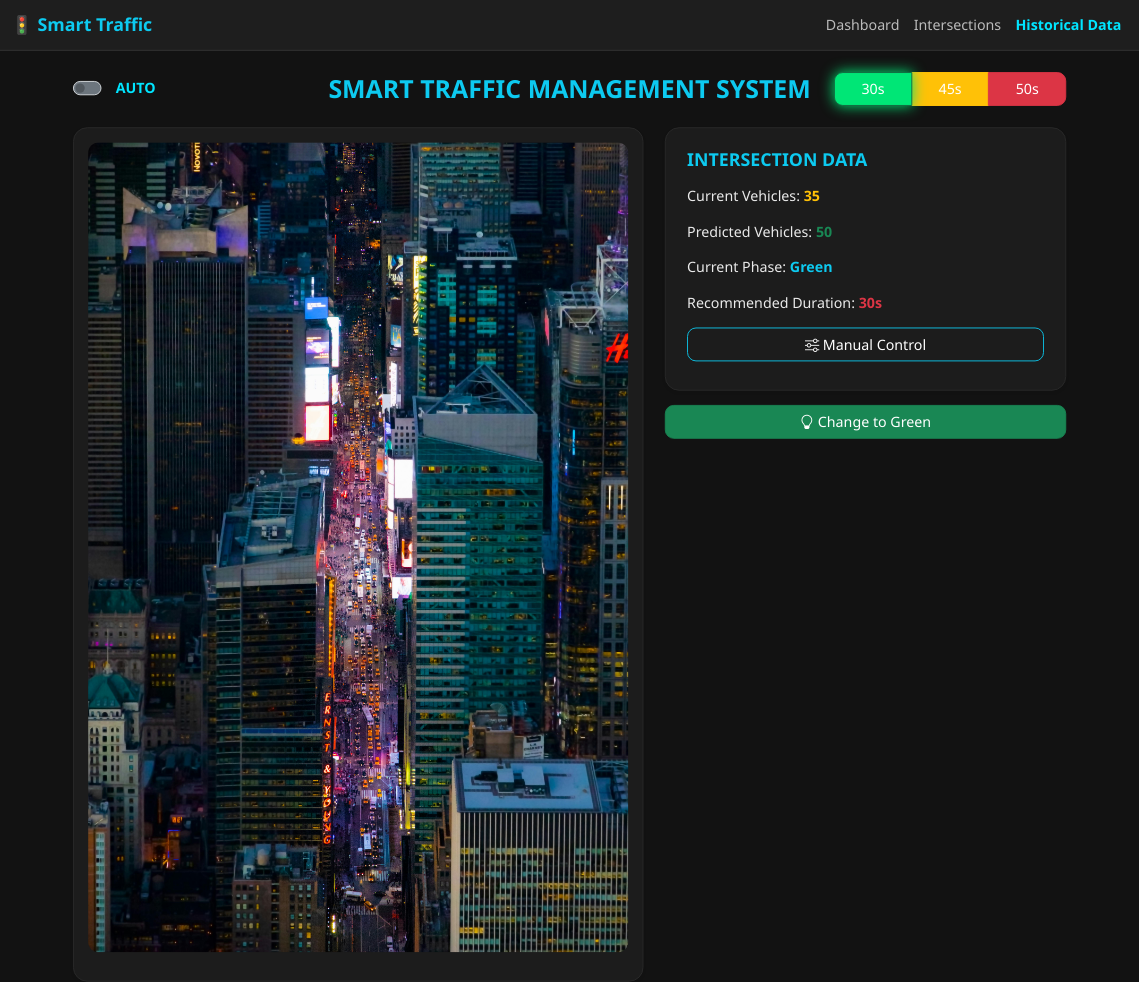
Repository: ayushkrpal/traffic-dashboard
Page: http://localhost/intersections
An editor plug-in stored every save of this project. The page is shown before and after the next save, followed by the edit.
The browser window is 1280 px wide. The pictures show the whole page, at 89% of full size.
The page is served by the project's Node server (server.js).

Above is the page before, as saved 2025-09-02 15:50:22.

After the next save:
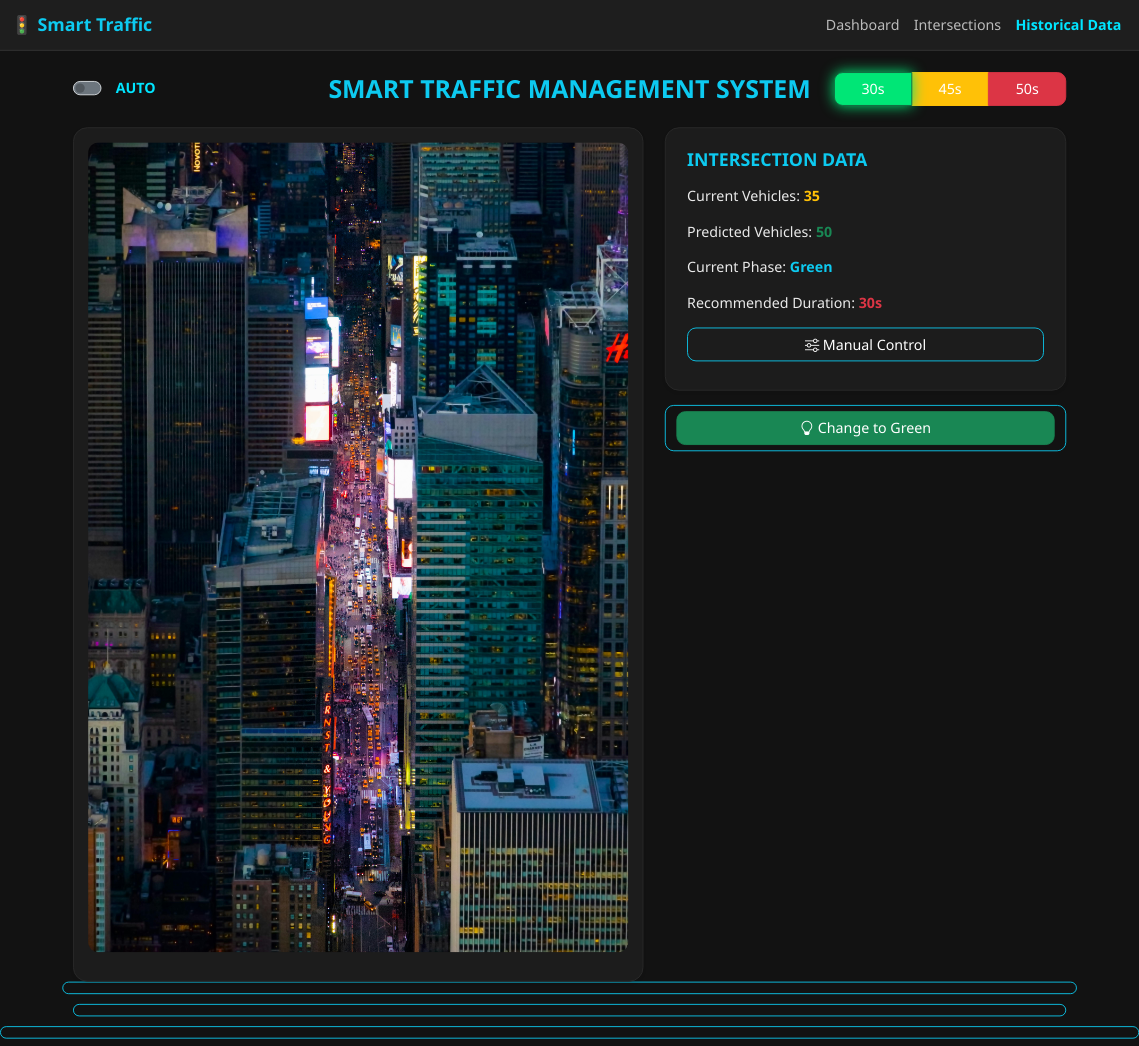
Saved 75 s later.
--- a/views/intersections.ejs
+++ b/views/intersections.ejs
@@ -165,7 +165,7 @@
           <p>Predicted Vehicles: <span class="text-success fw-bold"><%= predictedVehicles %></span></p>
           <p>Current Phase: <span class="text-info fw-bold"><%= currentPhase %></span></p>
           <p>Recommended Duration: <span class="text-danger fw-bold"><%= duration %>s</span></p>
-          <button class="btn btn-outline-info w-100 btn-custom mb-2">
+          <a class="btn btn-outline-info w-100 btn-custom mb-2">
             <i class="bi bi-sliders"></i> Manual Control
           </button>
         </div>

After the save that followed:
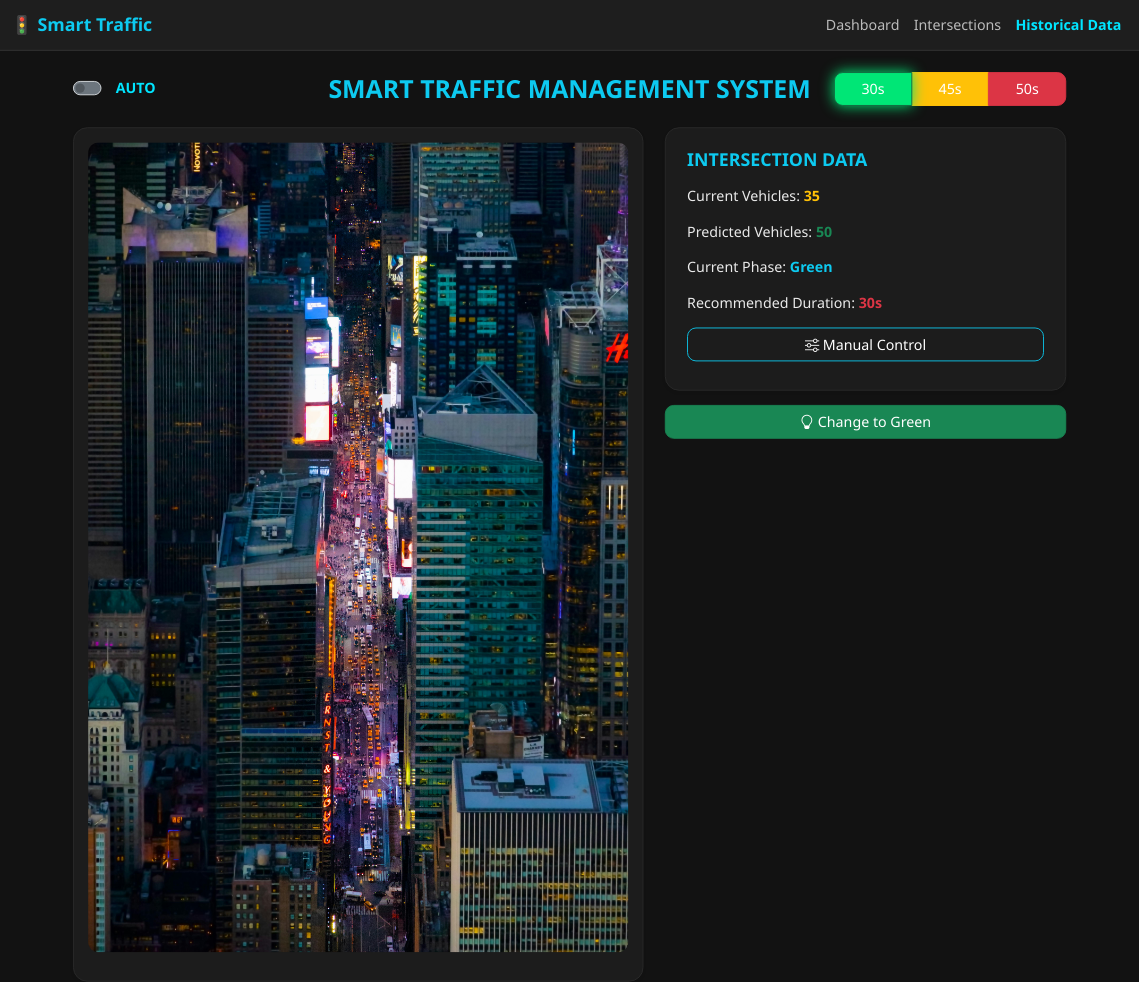
Saved 4 s later.
--- a/views/intersections.ejs
+++ b/views/intersections.ejs
@@ -167,7 +167,7 @@
           <p>Recommended Duration: <span class="text-danger fw-bold"><%= duration %>s</span></p>
           <a class="btn btn-outline-info w-100 btn-custom mb-2">
             <i class="bi bi-sliders"></i> Manual Control
-          </button>
+          </a>
         </div>
         <button class="btn btn-success w-100 btn-custom">
           <i class="bi bi-lightbulb"></i> Change to Green
